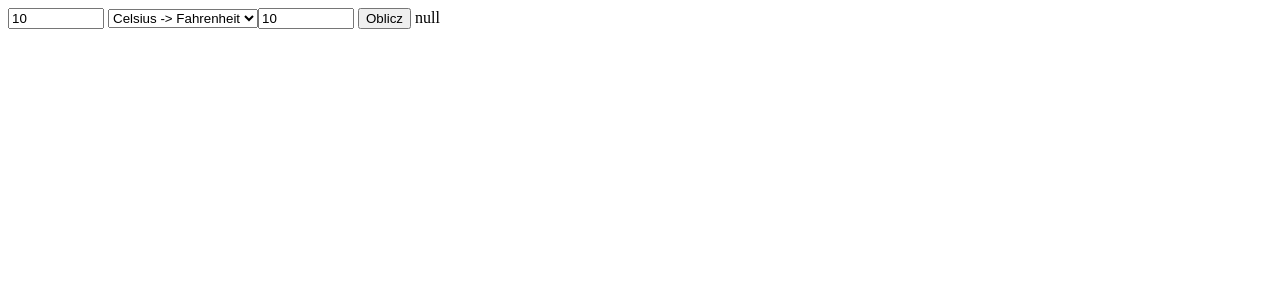
Repository: empe86/atj
Page: http://localhost/ProjektTemperatura/index.jsp
These files come from the project's save history. The page is drawn as it stood at one moment and after the next save; the edit follows.
The browser window is 1280 px wide. The pictures show the whole page.
The page is served by Tomcat 9.

Above is the page before, as saved 2019-03-15 18:01:25.

After the next save:
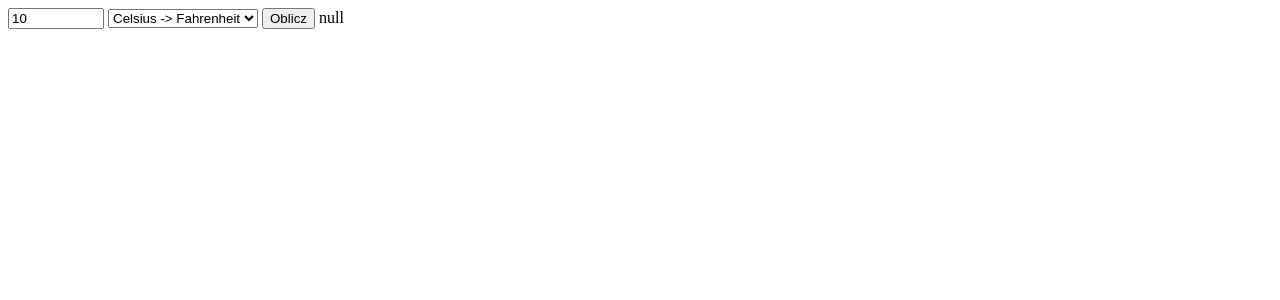
Saved 34 s later.
--- a/ProjektTemperatura/WebContent/index.jsp
+++ b/ProjektTemperatura/WebContent/index.jsp
@@ -12,9 +12,6 @@
 <select name="oper">
 <option value="+">Celsius -> Fahrenheit</option>
 <option value="-">Fahrenheit -> Celsius</option>
-
-<input type="number" min="-460" max="999" step="0.01" value="10" name="result" required>
-
 </select>
 <input type="submit" value="Oblicz">
 <%=(Double)request.getAttribute("result")%>
